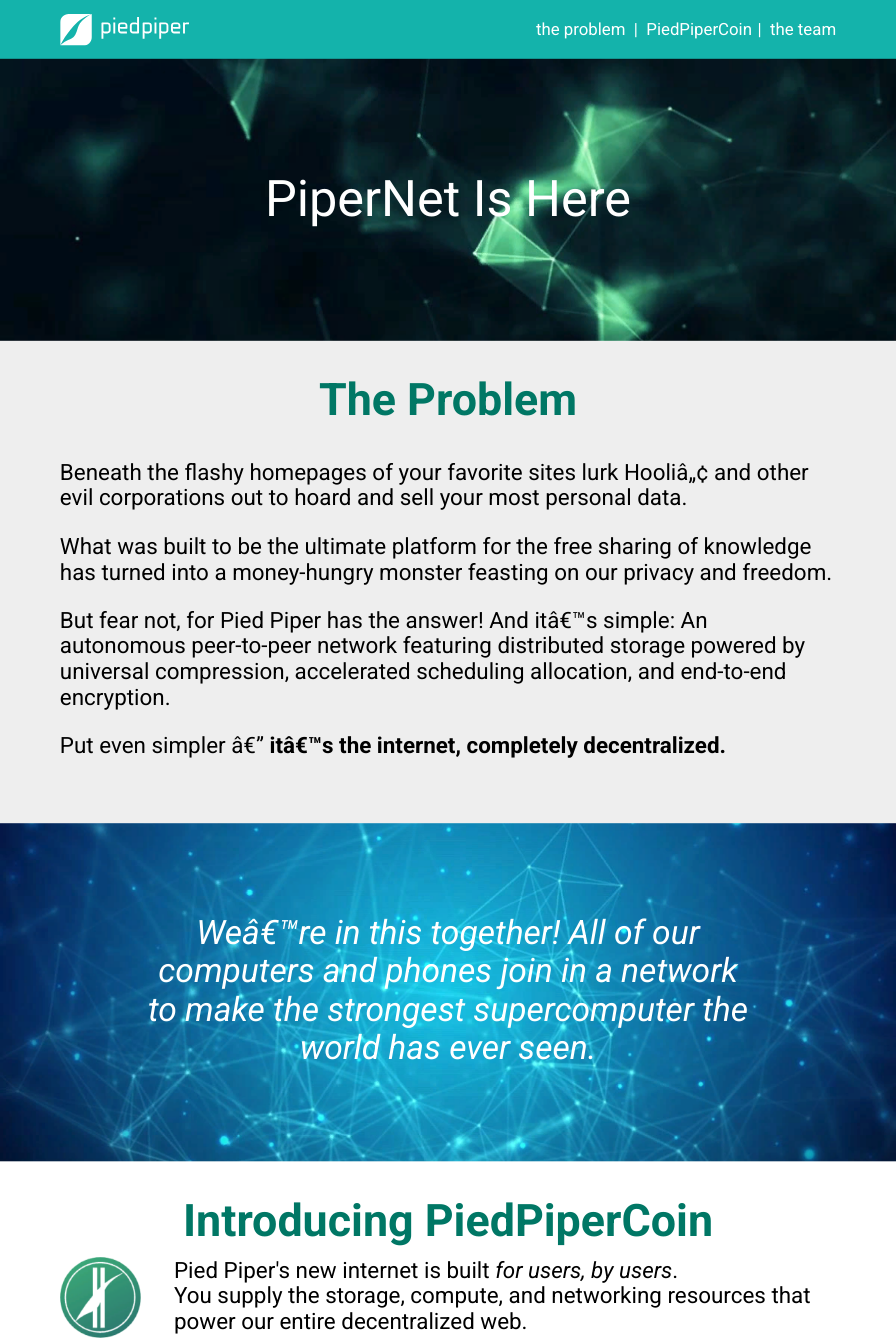
Repository: armus503/Pip_Piper
Page: Pip_Piper.html
An editor plug-in stored every save of this project. The page is shown before and after the next save, followed by the edit.
The browser window is 1280 px wide. The pictures show the part of the page from y = 0 to 1920 px (the page is 3271 px tall), at 70% of full size.

Above is the page before, as saved 2021-07-20 16:32:18.

After the next save:
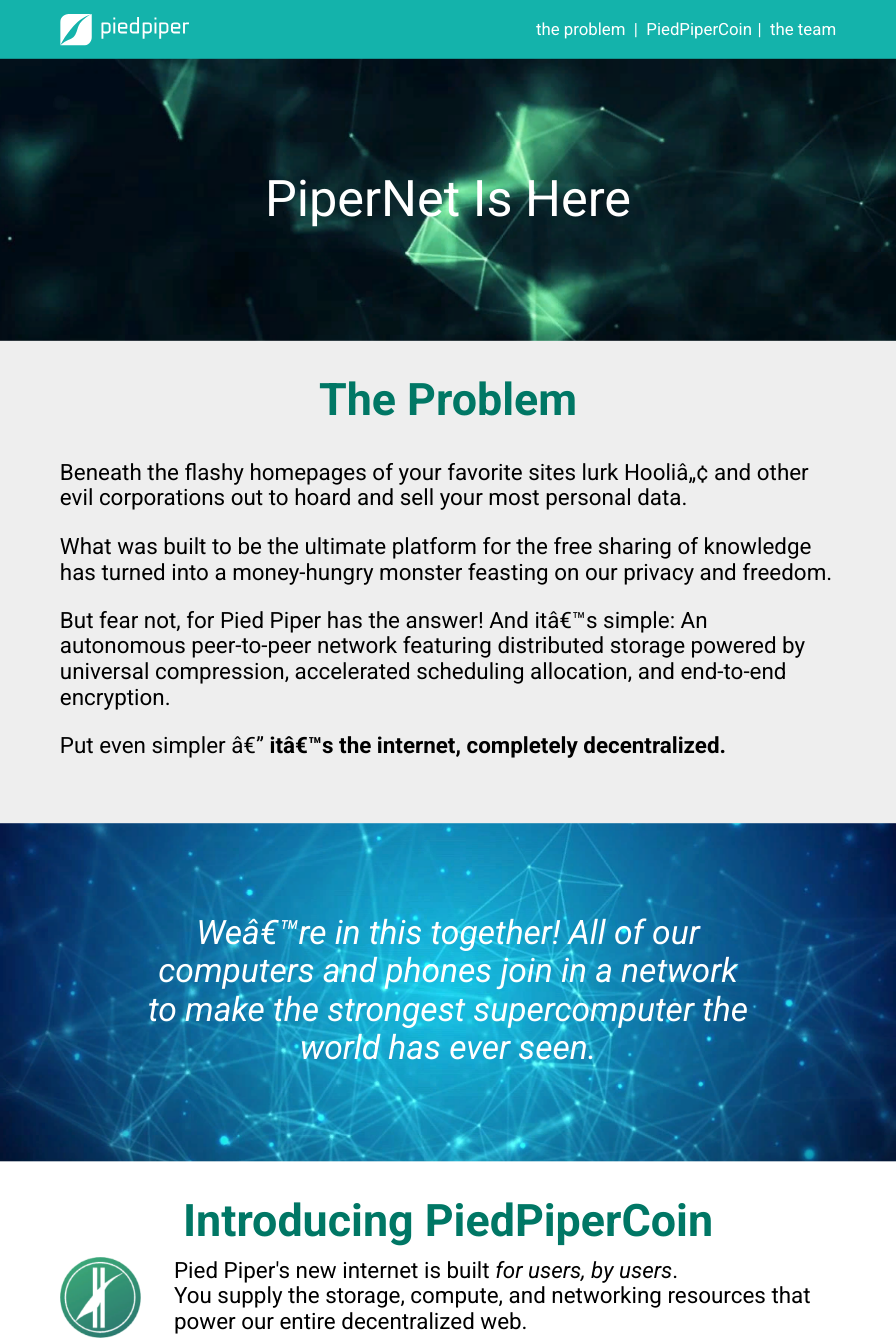
Saved 30 s later.
--- a/Pip_Piper.css
+++ b/Pip_Piper.css
@@ -506,8 +506,8 @@
 .jumbotron {
     background-image: url("image(1).png");
     background-size: cover;
-    /*background-position: center center;
-    /*margin: auto;*/
+    background-position: center center;
+    margin: auto;
     box-sizing: border-box;
     font-family: 'Roboto', sans-serif;
     width: 100%;
